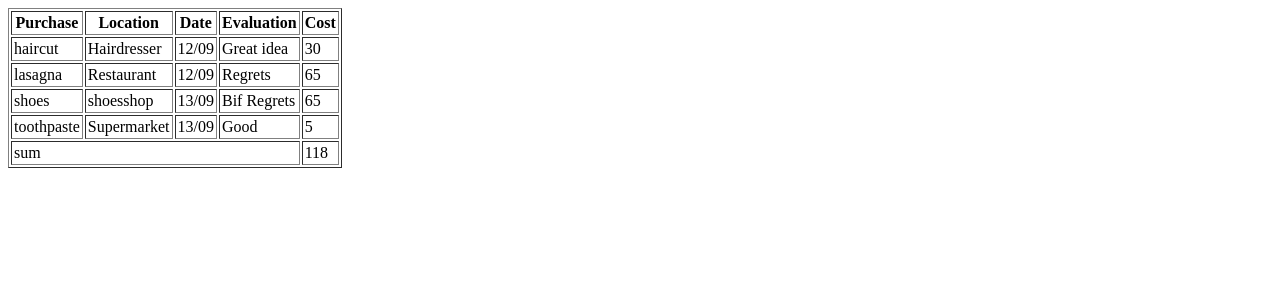
Repository: wakoya-tech/Node.js
Page: Desktop/Node-js/okey.html
The author's editor kept a copy of each file at every save. The page is drawn from the files as they stood at one save, then again after the next save.
The browser window is 1280 px wide. The pictures show the whole page.

Above is the page before, as saved 2025-11-13 11:51:00.

After the next save:
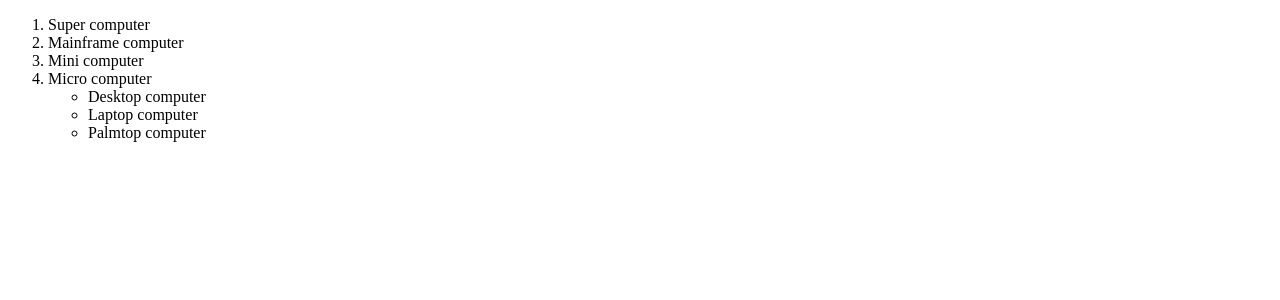
Saved 4 min 40 s later.
--- a/Desktop/Node-js/okey.html
+++ b/Desktop/Node-js/okey.html
@@ -6,41 +6,17 @@
     <title>Document</title>
 </head>
 <body>
-    <table border="1" cellpadding="2">
-      <tr>
-        <th>Purchase</th> <th>Location</th><th>Date</th><th>Evaluation</th><th>Cost</th>
-      </tr>
-      <tr>
-        <td> haircut</td>
-        <td>Hairdresser</td>
-        <td>12/09 </td>
-        <td> Great idea </td>
-        <td> 30</td>
-      </tr>
-      <tr>
-        <td> lasagna</td>
-        <td>Restaurant</td>
-        <td>12/09 </td>
-        <td> Regrets </td>
-        <td> 65</td>
-      </tr>
-      <tr>
-        <td> shoes</td>
-        <td>shoesshop</td>
-        <td>13/09 </td>
-        <td>Bif Regrets </td>
-        <td> 65</td>
-      </tr>
-      <tr>
-        <td> toothpaste</td>
-        <td>Supermarket</td>
-        <td>13/09 </td>
-        <td>Good</td>
-        <td> 5</td>
-      </tr>
-      <tr>
-       <td colspan="4" rowspan="4">sum</td> <td>118</td>
-      </tr>
-    </table>
+    <ol>
+        <li>Super computer</li>
+        <li>Mainframe computer</li>
+        <li>Mini computer</li>
+        <li>Micro computer
+            <ul>
+                <li>Desktop computer</li>
+                <li>Laptop computer</li>
+                <li>Palmtop computer</li>
+            </ul>
+        </li>
+    </ol>
 </body>
 </html>
